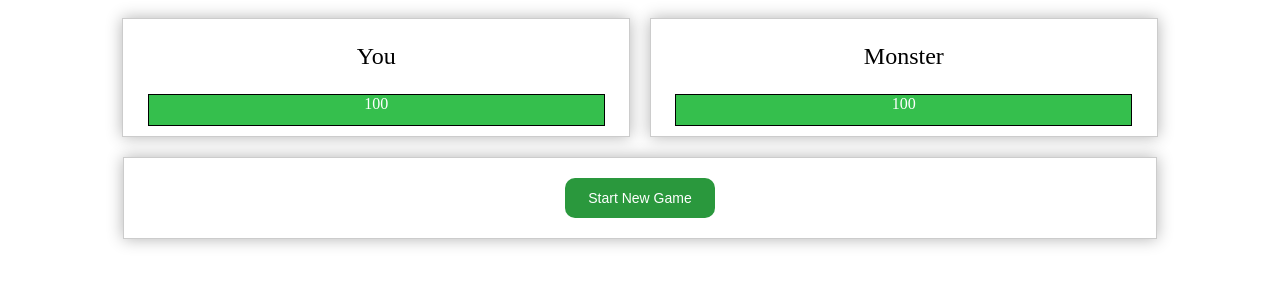
Repository: jakublack/game-fight-vue
Page: /
The author's editor kept a copy of each file at every save. The page is drawn from the files as they stood at one save, then again after the next save.
The browser window is 1280 px wide. The pictures show the whole page.
The project was rebuilt for these pictures with package versions that can differ from the ones it lists, and the page was loaded fresh each time.

Above is the page before, as saved 2018-08-08 20:56:44.

### public/index.html
<!DOCTYPE html>
<html lang="en">
  <head>
    <meta charset="utf-8">
    <meta http-equiv="X-UA-Compatible" content="IE=edge">
    <meta name="viewport" content="width=device-width,initial-scale=1.0">
    <link rel="icon" href="<%= BASE_URL %>favicon.ico">
    <title>game-app</title>
  </head>
  <body>
    <noscript>
      <strong>We're sorry but game-app doesn't work properly without JavaScript enabled. Please enable it to continue.</strong>
    </noscript>
    <div id="app"></div>
    <!-- built files will be auto injected -->
  </body>
</html>

### src/components/Game.vue
<template>
  <div class="wrapper--app">
    <div class="wrapper--person">
      <div class="person--player">
        <p>You</p>
        <div class="person--health player--health">{{healthYou}}</div>
      </div>
      <div class="person--player">
        <p>Monster</p>
        <div class="person--health monster--health">{{healthMonster}}</div>
      </div>
    </div>
    <div class="wrapper-action">
      <button class="btn btn-new-game">Start New Game</button>
    </div>


  </div>

</template>

<script>
export default {
  name: 'Game',
  data:  function() {
    return {
      healthYou : 100,
      healthMonster : 100,
      startGame : false,
    }
  }

}
</script>

<!-- Add "scoped" attribute to limit CSS to this component only -->
<style scss scoped>

.wrapper--person {
  text-align: center;
}

.person--player {
  width: 40%;
  display: inline-block;
  margin: 10px;
  text-align: center;
  border: 1px solid #ccc;
  box-shadow: 0px 0px 15px 0px rgba(0,0,0,0.3);
}

.person--player p {
  font-size: 24px;
}

.person--health {
  width: 90%;
  height: 30px;
  margin: 10px auto;
  background-color: #35BF4D;
  border: 1px solid #000;
  color: #fff;
}
.wrapper-action {
  width: calc(80% + 20px);
  height: auto;
  min-height: 80px;
  margin: 10px auto;
  border: 1px solid #ccc;
  box-shadow: 0px 0px 15px 0px rgba(0,0,0,0.3);
  display: flex;
  justify-content: center;
  align-items: center;
}
.btn {
  width: 150px;
  height: 40px;
  border: none;
  cursor: pointer;
  font-size: 14px;
  outline: none;
  color: #fff;
  border-radius: 10px;
}
.btn-new-game {
  background-color: #2A983D;
}



</style>

Loaded but not shown: src/main.js (common file); src/App.vue (common file)

After the next save:
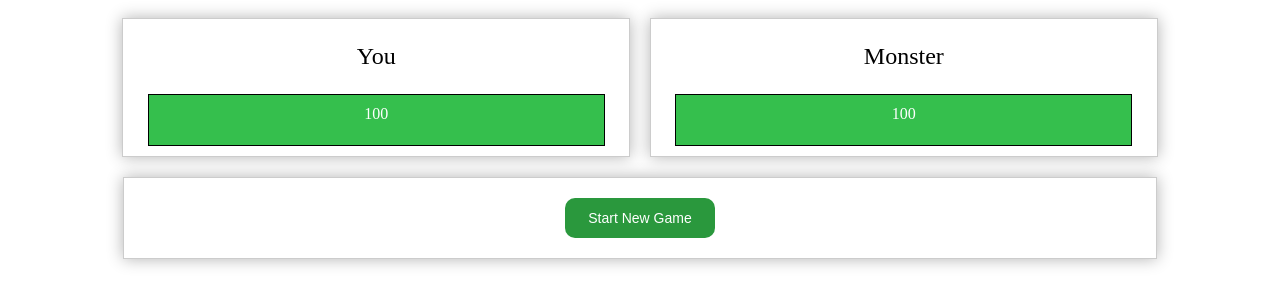
Saved 7 s later.
--- a/src/components/Game.vue
+++ b/src/components/Game.vue
@@ -60,6 +60,7 @@
   background-color: #35BF4D;
   border: 1px solid #000;
   color: #fff;
+  padding: 10px 0;
 }
 .wrapper-action {
   width: calc(80% + 20px);

After the save that followed:
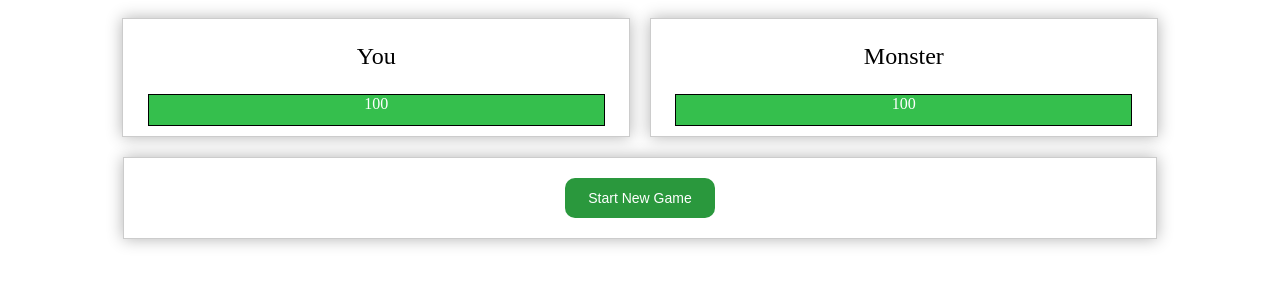
Saved 10 s later.
--- a/src/components/Game.vue
+++ b/src/components/Game.vue
@@ -60,7 +60,6 @@
   background-color: #35BF4D;
   border: 1px solid #000;
   color: #fff;
-  padding: 10px 0;
 }
 .wrapper-action {
   width: calc(80% + 20px);
